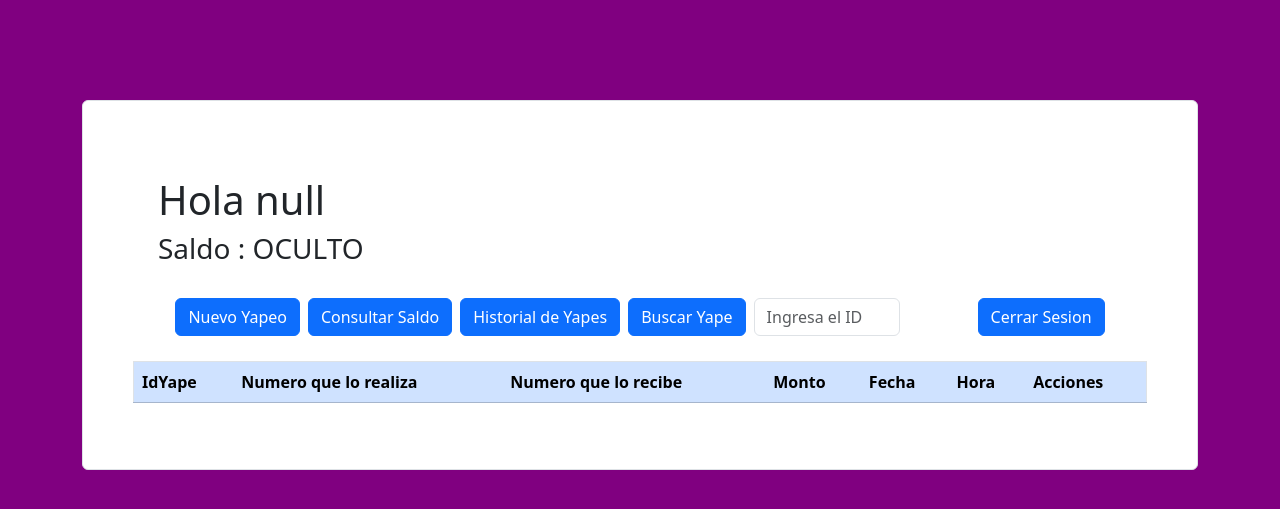
Repository: Gimblet/LP1_Proyecto_Yape
Page: http://localhost/Yape/clientDashboard.jsp
An editor plug-in stored every save of this project. The page is shown before and after the next save, followed by the edit.
The browser window is 1280 px wide. The pictures show the whole page.
The page is served by Tomcat 9. Queries for data that is not in the repository find no rows.

Above is the page before, as saved 2024-05-05 00:16:09.

After the next save:
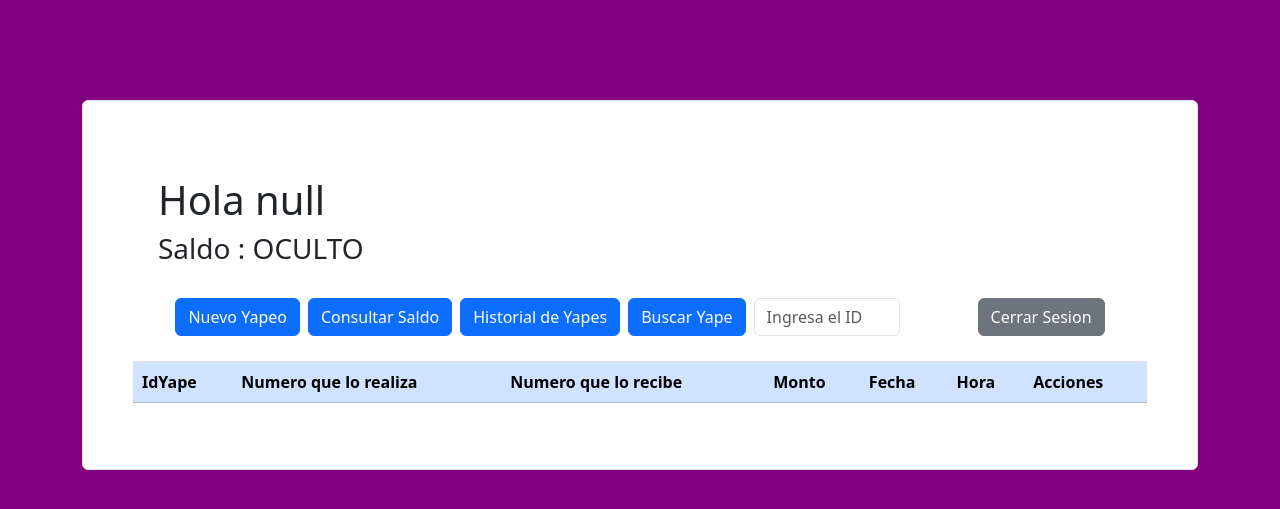
Saved 112 min 1 s later.
--- a/Yape/src/main/webapp/clientDashboard.jsp
+++ b/Yape/src/main/webapp/clientDashboard.jsp
@@ -107,7 +107,7 @@ form div {
 											IDStatus = (String) request.getAttribute("IDInvalido");
 									}%> placeholder="<%=IDStatus%>">
 							</div>
-							<input class="btn btn-primary" id="cerrar" type="submit" value="Cerrar Sesion" name="type">
+							<input class="btn btn-secondary" id="cerrar" type="submit" value="Cerrar Sesion" name="type">
 						</div>
 					</form>
 				</div>
